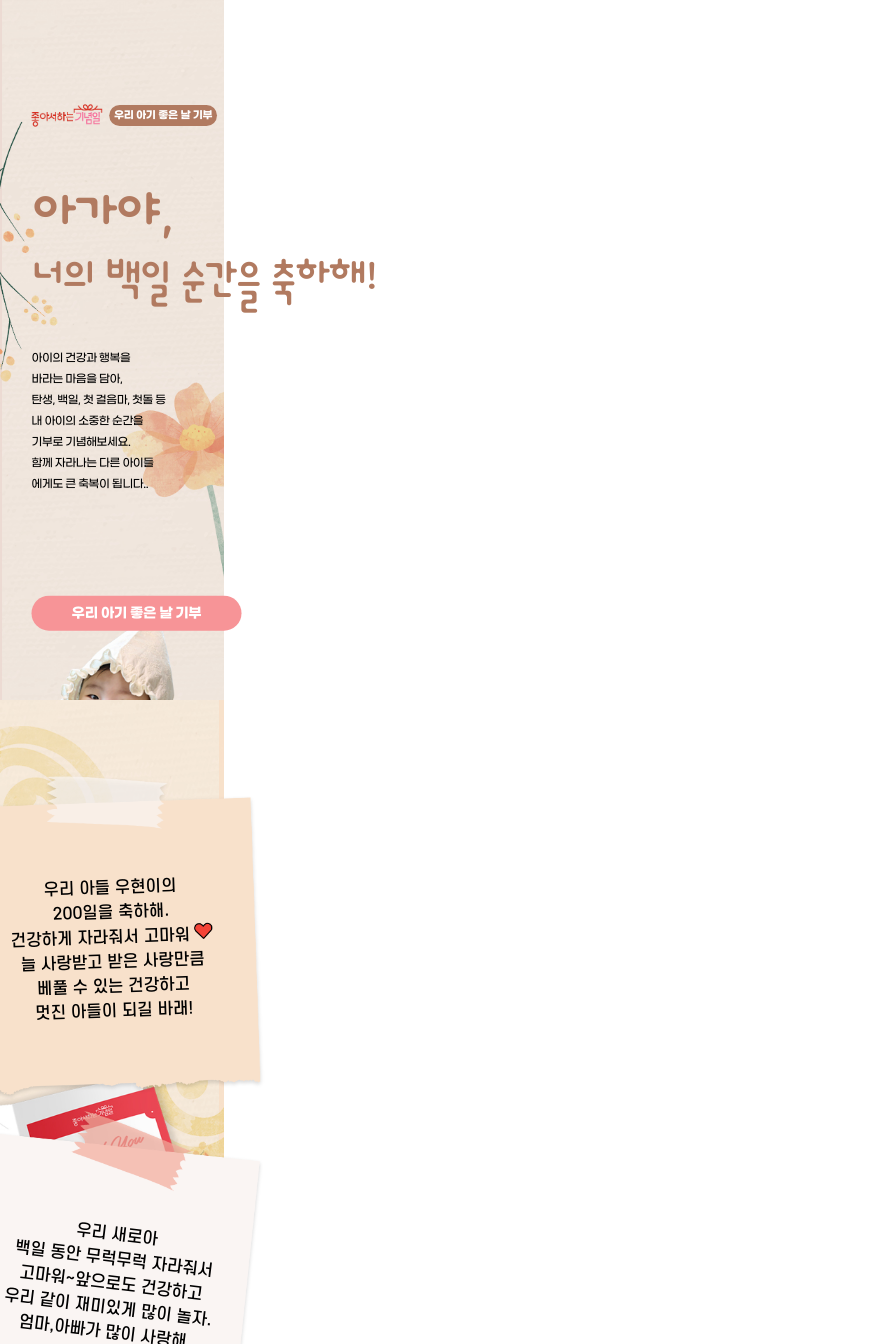
Repository: dlgywls1130/save_the_m320
Page: index.html
An editor plug-in stored every save of this project. The page is shown before and after the next save, followed by the edit.
The browser window is 1280 px wide. The pictures show the part of the page from y = 0 to 1920 px (the page is 10040 px tall), at 70% of full size.

Above is the page before, as saved 2023-12-20 23:41:23.

### index.html
<!DOCTYPE html>
<html lang="en">
<head>
    <meta charset="UTF-8">
    <meta name="viewport" content="width=device-width, initial-scale=1.0">
    <title>세이브더칠드런</title>

    <link rel="stylesheet" href="./css/reset.css">
    <link rel="stylesheet" href="./css/style.css">

</head>
<body>
    <div class="content_body">
        <section class="section_wrapper section01">
            <div class="se01 se_wrapper">
                <div class="se01_sub">
                    <div class="sub_logo">
                        <img src="./img/logo01.png" alt="logo">
                    </div>
                    <p>우리 아기 좋은 날 기부</p>
                </div>
                <p class="seo01_title">
                    아가야,
                </p>
                <p class="seo01_title_two">
                    너의 <span id="rollingText">탄생</span> 순간을 축하해!
                </p>
                <p class="section_descript mb-45">
                    아이의 건강과 행복을
                    <br>바라는 마음을 담아,
                    <br>탄생, 백일, 첫 걸음마, 첫돌 등
                    <br>내 아이의 소중한 순간을
                    <br>기부로 기념해보세요.
                    <br>함께 자라나는 다른 아이들
                    <br>에게도 큰 축복이 됩니다..
                </p>

                <a class="donation_link" href="javascript:void(0)">우리 아기 좋은 날 기부</a>
            </div>
        </section>
        <section class="section_wrapper section02">
            <div class="se02 se_wrapper">
                <div class="postit_wrapper">
                    <div class="postit postit01">
                        <p>우리 아들 우현이의<br>
                        200일을 축하해.<br>
                        <span>건강하게 자라줘서 고마워 <img src="./img/heart.png"></span>
                        늘 사랑받고 받은 사랑만큼<br>
                        베풀 수 있는 건강하고<br>
                        멋진 아들이 되길 바래!</p>
                    </div>
                    <div class="postit postit02">
                        <p>우리 새로아<Br>
                        백일 동안 무럭무럭 자라줘서<Br>
                        고마워~앞으로도 건강하고<Br>
                        우리 같이 재미있게 많이 놀자.<Br>
                        엄마,아빠가 많이 사랑해.</p>
                    </div>

                    <div class="postit postit05">
                        <p>사랑하는 도현이의<br>
                        첫 어린이날과 첫돌을<br>
                        기념하며, <br>
                        이웃을 사랑하는<br>
                        멋진 사람으로 자라길</p>

                    </div>
                    <div class="postit postit04">
                        <p>보미야<br>
                        첫 번째 생일 축하해<br>
                        너의 존재가 온 세상에<br>
                        봄이길 바랄게!   </p>
                    </div>

                    <div class="postit postit03">
                        <p>서진아<br>
                        우리에게 와줘서 고마워<br>
                        건강하고 행복하게 자라렴.<br>
                        사랑해♡      </p>
                    </div>

                </div>

            </div>
        </section>
        <section class="section_wrapper section03">
            <div class="se_wrapper se03">
                <div class="se_title_co">
                    아기의 좋은 날을<br> 기념해 주신 모든 분들께
                    <br>후원감사증서를 보내드립니다.
                </div>
                <div class="se_sub_co">
                    후원감사증서는<Br> 아기에게 남기고 싶은 메시지와 아기의 좋은 날이 담긴 사진을<br> 보관할 수 있도록
                    만들어드립니다.<br> 먼 훗날, 아기가 성장해 읽게 될 날을 그리며 편지를 써보세요.
                </div>
            </div>

        </section>
        <section class="section_wrapper section04">
            <div class="se_wrapper se04">
                <div class="se_title_co">
                    이름 자수 순면거즈블랭킷
                </div>
                <div class="se_sub_co">
                    30만원 이상 후원하신 분들께는 순면 거즈 아기 블랭킷(90*110)에
                    <Br>원하시는 이름(영문)을 예쁘게 수놓아 드립니다.
                </div>

                <div class="se04_slide mt-85">
                    <div class="se04_slide_list">
                        <img src="./img/slide03.jpg">
                    </div>
                    <div class="se04_slide_list">
                        <img src="./img/slide02.jpg">
                    </div>
                    <div class="se04_slide_list">
                        <img src="./img/slide01.jpg">
                    </div>
                </div>
            </div>
        </section>
        <section class="section_wrapper section05">
            <div class="se_wrapper se05">
                <div class="se_title_co">
                    후원신청 과정
                </div>


                <div class="se_sub_co">
                    30만원 이상 후원해 주신 경우,
                    <br>감사 선물 수령 주소 및 아기 블랭킷에 새겨질 문구 확인을 위한 문자가 발송됩니다.
                </div>

                <div class="se_step_list">
                    <div class="se_step">
                        <p class="step_number">1</p>
                        <div class="step_ico">
                            <img src="./img/icon01.png" alt="img">
                        </div>
                        <p class="step_descript">
                            후원신청하기
                        </p>
                    </div>
                    <div class="se_step">
                        <p class="step_number">2</p>
                        <div class="step_ico">
                            <img src="./img/icon02.png" alt="img">
                        </div>
                        <p class="step_descript">
                            후원감사증서
                            메시지 적기
                        </p>
                    </div>
                </div>
                <div class="se_step_list">
                    <div class="se_step">
                        <p class="step_number">3</p>
                        <div class="step_ico">
                            <img src="./img/icon03.png" alt="img">
                        </div>
                        <p class="step_descript">
                            신청완료
                        </p>
                    </div>
                    <div class="se_step">
                        <p class="step_number">4</p>
                        <div class="step_ico">
                            <img src="./img/icon04.png" alt="img">
                        </div>
                        <p class="step_descript">
                            후원감사증서 발송
                            (1주 이내)
                        </p>
                    </div>
                </div>


                <a class="donation_link" href="javascript:void(0)">우리 아기 좋은 날 기부</a>
            </div>

        </section>
        <section class="section_wrapper section06">
            <div class="se_wrapper se06">
                <div class="se_title_co">
                    후원금, 이렇게 쓰여요!
                </div>
                <div class="se_sub_co">
                    세이브더칠드런은 <Br><span>국내외 아동을 위한 교육,
                    <Br>보호, 보건영양지원,<Br> 아동권리옹호</span> 등의<Br> 활동을 해나가고 있습니다.
                </div>
                <div class="se_sub_co">
                    보내주신 후원금은<Br> 정치, 종교, 인종에 관계없이<Br> 모든 아이를 구해야 한다는
                    <Br>세이브더칠드런의 신념에 따라 <Br><span>가장 도움 필요한 아이를 위해 우선 사용</span>됩니다.
                </div>
            </div>

        </section>
        <section class="section_wrapper section07">
            <div class="se_wrapper se07">
                <div class="se_title_co">
                    FAQ
                </div>
                <div class="accordion">
                    <div class="accordion-item">
                        <h3 class="title">
                            <span>1. 30만원 이상 후원했습니다. <br>거즈 순면 블랭킷은 언제 오나요?</span>
                            <img src="./img/top.png">
                        </h3>
                        <p class="paragraph">
                            우리아기 축하기부로 30만원 이상 후원자님들께는 담요에 수놓을 아기 이름과
                            선물 수령 주소 확인을 위한 문자가 발송됩니다.
                            02-6900-4479로 발송되는 문자 속 설문조사에 답해주세요.
                            확인을 완료하신 분들께는 블랭킷 제작을 담당하고 있는 조니 스튜디오에서
                            아기 이름 자수 작업 완료 후 배송해 드립니다.

                        </p>
                    </div>
                    <div class="accordion-item">
                        <h3 class="title">
                            <span>2. 거즈 순면 블랭킷, 안전한 제품인가요?</span>
                            <img src="./img/top.png">
                        </h3>
                        <p class="paragraph">
                            본 블랭킷은 워싱된 3중 거즈로 제작되었으며, KC안전검사를 완료하였습니다.
                            소재 특성상 섬유 조각이 발생할 수 있어 망에 넣지 않고 3번 정도 물빨래 하시는 것을 권장합니다.

                        </p>
                    </div>
                    <div class="accordion-item">
                        <h3 class="title">
                            <span>3. 거즈 순면 블랭킷을 받았는 데 하자가 있어요. <Br>어떻게 해야 하나요? </span>
                            <img src="./img/top.png">
                        </h3>
                        <p class="paragraph">
                            070-4220-4123 (조니스튜디오 CS)로 전화 연락 부탁드립니다. 하자 물품에 대한 교환은 수령일로부터 7일 이내에 조니스튜디오에 연락해주셔야 하며, 이로 인한 후원금 환불은 어렵습니다.
                        </p>
                    </div>
                    <div class="accordion-item">
                        <h3 class="title">
                            <span>4. 후원감사증서에 넣을 수 있는 사진 사이즈는 <Br>얼마인가요?</span>
                            <img src="./img/top.png">
                        </h3>
                        <p class="paragraph">
                            사진 인화 사이즈 5*7 인치에 맞추어서 제작되었습니다.  그보다 작은 사진일 경우, 후원감사증서
                            내부의 주머니에 넣어 보관하실 수도  있습니다.

                        </p>
                    </div>
                </div>
            </div>

        </section>
        <section class="section_wrapper section08">
            <div class="se_wrapper se08">
                <div class="se08_postion">
                    <p class="se08_title">우리 아기 좋은 날 기부</p>
                    <p class="se08_descript">
                        탄생, 백일, 첫 걸음마, 첫돌...
                        <br>소중한 우리 아기의 성장을 기념해 보세요!
                        <br>아기의 좋은 날이 모여 세상의 행복이 됩니다.
                    </p>
                    <a href="javascript:void(0)" class="more_btn">
                        <p>자세히보기</p>
                        <svg xmlns="http://www.w3.org/2000/svg" width="16" height="16" fill="currentColor" class="bi bi-chevron-right" viewBox="0 0 16 16">
                            <path fill-rule="evenodd" d="M4.646 1.646a.5.5 0 0 1 .708 0l6 6a.5.5 0 0 1 0 .708l-6 6a.5.5 0 0 1-.708-.708L10.293 8 4.646 2.354a.5.5 0 0 1 0-.708z"/>
                        </svg>
                    </a>
                </div>

            </div>
        </section>
    </div>

    <script src="https://ajax.googleapis.com/ajax/libs/jquery/1.12.4/jquery.min.js"></script>
    <script src="./js/main.js"></script>
</body>
</html>

### css/reset.css


html, body, div, span, applet, object, iframe,
h1, h2, h3, h4, h5, h6, p, blockquote, pre,
a, abbr, acronym, address, big, cite, code,
del, dfn, em, img, ins, kbd, q, s, samp,
small, strike, strong, sub, sup, tt, var,
b, u, i, center,
dl, dt, dd, ol, ul, li,
fieldset, form, label, legend,
table, caption, tbody, tfoot, thead, tr, th, td,
article, aside, canvas, details, embed,
figure, figcaption, footer, header, hgroup,
menu, nav, output, ruby, section, summary,
time, mark, audio, video {
	margin: 0;
	padding: 0;
	border: 0;
	font-size: 100%;
	font: inherit;
	vertical-align: baseline;
}

article, aside, details, figcaption, figure,
footer, header, hgroup, menu, nav, section {
	display: block;
}
body {
	line-height: 1;
}
ol, ul {
	list-style: none;
}
blockquote, q {
	quotes: none;
}
blockquote:before, blockquote:after,
q:before, q:after {
	content: '';
	content: none;
}
table {
	border-collapse: collapse;
	border-spacing: 0;
}

### css/style.css

/* root */
:root{
    --main-color:#B17A60;
    --pink-color:#F79497;
}


/* font */

/* dongle */
@font-face {
    font-family: 'Dongle';
    font-weight: 300;
    src: url('../font/Dongle-Light.ttf') format('ttf'),
    url('../font/Dongle-Light.woff') format('woff');
}

@font-face {
    font-family: 'Dongle';
    font-weight: 500;
    src: url('../font/Dongle-Regular.ttf') format('ttf'),
    url('../font/Dongle-Regular.woff') format('woff');
}

@font-face {
    font-family: 'Dongle';
    font-weight: 700;
    src: url('../font/Dongle-Bold.ttf') format('ttf'),
    url('../font/Dongle-Bold.woff') format('woff');
}


/* Gmarket */
@font-face {
    font-family: 'GmarketSans';
    font-weight: 300;
    src: url('../font/GmarketSansLight.ttf') format('ttf'),
    url('../font/GmarketSansLight.woff') format('woff');
}

@font-face {
    font-family: 'GmarketSans';
    font-weight: 500;
    src: url('../font/GmarketSansMedium.ttf') format('ttf'),
    url('../font/GmarketSansMedium.woff') format('woff');
}

@font-face {
    font-family: 'GmarketSans';
    font-weight: 700;
    src: url('../font/GmarketSansBold.ttf') format('ttf'),
    url('../font/GmarketSansBold.woff') format('woff');
}


/* nanumsqure */

@font-face {
    font-family: 'NanumSquare';
    font-weight: 400;
    src: url('../font/NanumSquareL.ttf') format('ttf'),
    url('../font/NanumSquareL.woff') format('woff');
}

@font-face {
    font-family: 'NanumSquare';
    font-weight: 500;
    src: url('../font/NanumSquareR.ttf') format('ttf'),
    url('../font/NanumSquareR.woff') format('woff');
}

@font-face {
    font-family: 'NanumSquare';
    font-weight: 600;
    src: url('../font/NanumSquareB.ttf') format('ttf'),
    url('../font/NanumSquareB.woff') format('woff');
}

@font-face {
    font-family: 'NanumSquare';
    font-weight: 700;
    src: url('../font/NanumSquareEB.ttf') format('ttf'),
    url('../font/NanumSquareEB.woff') format('woff');
}



/* scdream5 */
@font-face {
    font-family: 'SCDream5';
    src: url('../font/SCDream5.woff') format('woff'),
    url('../font/SCDream5.ttf') format('ttf'),
    url('../font/SCDream5.otf') format('otf');
}


.section_wrapper{
    max-width:320px;
    width: 100%;

}

.se_wrapper{
    max-width: 320px;
    width: 100%;
    position: relative;
    box-sizing: border-box;
}


/* section01 */


.section01{
    background: url('../img/back01.jpg') no-repeat;
    height: 1000px;

}

.se01{
    padding: 145px 10px 92px 45px;
    box-sizing: border-box;
}
.se01_sub{
    display: flex;
    align-items: center;
    margin-bottom: 70px;
}

.sub_logo{
    width: 125px;
    height: 40px;
    margin-right: 10px;
}

.sub_logo img{
    width: 100%;
    height: 100%;
    object-fit: contain;
}

.se01_sub p{
    width: 190px;
    height: 30px;
    background: #B17A60;
    border-radius: 15px;
    display: flex;
    align-items: center;
    justify-content: center;
    letter-spacing: -0.03em;
    font-size: 15px;
    font-weight: 700;
    font-family: 'GmarketSans',sans-serif;
    color: #fff;
}

.seo01_title{
    font-family: 'Dongle',sans-serif;
    font-weight: 500;
    font-size: 120px;
    color: var(--main-color);
    letter-spacing: -0.03em;
}

.seo01_title_two{
    font-family: 'Dongle',sans-serif;
    font-weight: 500;
    font-size: 90px;
    color: var(--main-color);
    letter-spacing: -0.03em;
    margin-top: -7%;
    margin-bottom: 50px;
    display: flex;
    align-items: center;
    white-space: nowrap;
}

.seo01_title_two span{
    margin: 0 1rem;
}
.section_descript{
    font-size: 20x;
    line-height: 30px;
    font-family: 'GmarketSans';
    font-weight: 500;
    letter-spacing: -0.03em;
    color: #000;
}

.donation_link{
    width: 300px;
    height: 50px;
    border-radius: 100px;
    display: flex;
    align-items: center;
    justify-content: center;
    background: var(--pink-color);
    color: #fff;
    font-family: 'GmarketSans';
    font-size: 20px;
    font-weight: 700;
    letter-spacing: -0.03em;
    text-decoration: none;
    margin: 145px auto 0;
}


@keyframes roll {
    from {
        transform: translateY(40%);
        opacity: 0;
    }
    to {
        transform: translateY(0);
        opacity: 1;
    }
  }


  #rollingText.animate-text {
    animation: roll 0.5s ease-in-out;
}

/* section02 */

.section02{
    height: 2800px;
    background: url('../img/back02.jpg') no-repeat;
}

.se02{
    box-sizing: border-box;
    height: 100%;
}
.postit_wrapper{
    width: 100%;
    padding: 76px 60px 96px;
    position: relative;
    display: flex;
    flex-direction: column;
    align-items: center;
    box-sizing: border-box;
}

.ex_text{
    font-family: 'GmarketSans';
    font-size: 20px;
    font-weight: 500;
    letter-spacing: -0.03em;
}


.postit p img{
    width: 26px;
    height: 26px;
    object-fit: contain;
}
.postit p{
    font-family: 'SCDream5';
    font-size: 23px;
    line-height: 35px;
    text-align: center;
    display: flex;
    justify-content: center;
    align-items: center;
    flex-direction: column;
    height: 100%;
}

.postit01{
    background:url('../img/post04.png') no-repeat;
    width: 520px;
    height: 520px;
    background-size: contain;
    box-sizing: border-box;
}

.postit01 p{
    transform: rotate(358deg);
    padding-top: 20px;
}

.postit02{
    background: url('../img/post05.png') no-repeat;
    width: 510px;
    height: 510px;
    background-size: contain;
    box-sizing: border-box;
    margin-top: -19%;
}

.postit02 p{
    transform: rotate(7deg);
    padding-top: 20px;
}

.postit03{
    background:url('../img/post02.png') no-repeat;
    width: 459px;
    height: 459px;
    background-size: contain;
    box-sizing: border-box;
    margin-top: -25%;
    transform: rotate(-14deg);
}

.postit03 p{
    transform: rotate(-7deg);
    padding-top: 20px;
}

.postit04{
    background: url(../img/post03.png) no-repeat;
    width: 440px;
    height: 440px;
    background-size: cover;
    box-sizing: border-box;
    margin-top: -24%;
    transform: rotate(14deg);
}

.postit04 p{
    transform: rotate(7deg);
}

.postit05{
    background:url('../img/post01.png') no-repeat;
    width: 460px;
    height: 460px;
    background-size: contain;
    box-sizing: border-box;
    margin-top: -22%;
}

.postit05 p{
    transform: rotate(-9deg);
    padding-top: 20px;
}

/* section03 */

.section03{
    height: 1200px;
    background: url('../img/back03.jpg') no-repeat;
}

.se03{
    padding: 200px 60px 96px;
    box-sizing: border-box;
    height: 100%;
}


.se_title_co{
    font-size: 80px;
    line-height: 80px;
    letter-spacing: -0.03em;
    font-family: 'Dongle';
    font-weight: 500;
    color: var(--main-color);
    text-align: center;
}

.se_sub_co{
    font-size: 20px;
    letter-spacing: -0.03em;
    line-height: 30px;
    font-family: 'GmarketSans';
    font-weight: 500;
    text-align: center;
    margin-top: 30px;
}

/* section04 */

.section04{
    height: 1740px;
    background: url('../img/back04.jpg') no-repeat;
}

.se04{
    padding: 80px 0 130px;
    box-sizing: border-box;
    height: 100%;
}

.se04_slide{
    margin: 60px auto 0;
    padding: 0 60px;
}


.se04_slide_list{
    width: 520px;
    height: 440px;
    border-radius: 9px;
    margin-bottom: 25px;
}

.se04_slide_list img{
    width:100%;
height: 100%;
object-fit: cover;
border-radius: 15px;
}
/* section05 */
.section05{
    height: 1000px;
    background: url('../img/back05.jpg') no-repeat;
}

.se05{
    padding: 80px 60px 140px;
    box-sizing: border-box;
    height: 100%;
}

.se_step_list{
    display: flex;
    align-content: center;
    margin-top: 20px;
    position: relative;
    flex-wrap: wrap;
    justify-content: space-between;
}


.se_step_list .se_step{
    position: relative;
    display: flex;
    flex-direction: column;
    align-items: center;
}

.step_number{
    font-size: 25px;
    letter-spacing: -0.03em;
    line-height: 35px;
    font-weight: 700;
    font-family: 'GmarketSans';
    position: absolute;
    left: 19%;
    top: 0;
    color: var(--main-color);
    z-index: 2;
}

.se_step_list .se_step .step_ico{
    width: 200px;
    height: 200px;
    border-radius: 50%;
    background-color: #fff;
    display: flex;
    align-items: center;
    justify-content: center;
    position: relative;
    z-index: 1;
}

.se_step_list .se_step .step_ico img {
    width: 138px;
    height: 138px;
    object-fit: contain;
    object-position: 73%;
}

.step_descript{
    font-size: 20px;
    letter-spacing: -0.03em;
    line-height: 23px;
    font-weight: 500;
    font-family: 'GmarketSans';
    text-align: center;
    margin-top: 20px;
    color: var(--main-color);
}


.section05 .donation_link{
    margin: 70px auto 0;
}


/* section06 */
.section06{
    height:800px;
    background: url('../img/back06.jpg') no-repeat;
}

.se06{
    padding: 155px 0;
    height: 100%;
    box-sizing: border-box;
}


.se_sub_co span{
    font-weight: 700;
}
/* section07 */

.section07{
    height:1000px;
    background: url('../img/back07.jpg') no-repeat;
}

.se07{
    padding: 100px 0;
    height: 100%;
    box-sizing: border-box;
}


.accordion{
    margin-top: 38px;
}
.accordion-item {
    padding:15px 30px;
    margin: 0;
    overflow: hidden;
}

.accordion-item .title {
    display: flex;
    justify-content: space-between;
    align-items: center;
    font-weight: 700;
    font-size: 20px;
    line-height: 30px;
    letter-spacing: -0.03em;
    cursor: pointer;
    width: 100%;
    height: 100px;
    border-radius: 50px;
    background-color: #fff;
    color: var(--main-color);
    padding: 0 50px;
    font-family: 'GmarketSans';
    box-sizing: border-box;
    text-indent: -10px;
}

.accordion-item .title img {
    font-size: 0.9rem;
    color: #454545;
    transform: rotate(0);
    transition: transform 0.15s ease;
}

.accordion-item .paragraph {
    font-weight: 500;
    font-size: 20px;
    letter-spacing: -0.03em;
    color: #000;
    display: none;
    padding: 30px 35px 15px;
    list-style: inside;
    line-height: 30px;
    font-family: 'GmarketSans';
}

.accordion-item .paragraph .indent{
    text-indent: 1rem;
}


.accordion-item .paragraph span{
    font-weight: bold;
}

.accordion-item.active .title img{
    transform: rotate(180deg);
}

.accordion-item.active .paragraph {
    display: block;
}


/* section08 */

.section08{
    height:500px;
    background: url('../img/banner.jpg') no-repeat;
}
.se08{
    position: relative;
    height: 100%;
}

.se08_postion{
    display: flex;
    align-items: center;
    justify-content: center;
    flex-direction: column;
    height: 100%;
}

.se08_title{
    font-family: 'NanumSquare';
    font-weight: 600;
    font-size: 30px;
    letter-spacing: -0.05em;
    line-height: 50px;
    position: relative;
    text-align: center;
    margin-bottom: 30px;
}



.se08_descript{
    font-family: 'NanumSquare';
    font-weight: 500;
    font-size: 20px;
    line-height: 30px;
    letter-spacing: -0.05em;
    text-align: center;
}

.more_btn{
    margin-top: 38px;
    width: 150px;
    height: 40px;
    background: #543F2C;
    display: flex;
    align-items: center;
    justify-content: center;
    text-decoration: none;
}

.more_btn p{
    font-family: 'NanumSquare';
    font-weight: 500;
    font-size: 18px;
    color: #fff;

}

.more_btn svg{
    fill: #fff;
}

Loaded but not shown: js/main.js (46 lines, source omitted)

After the next save:
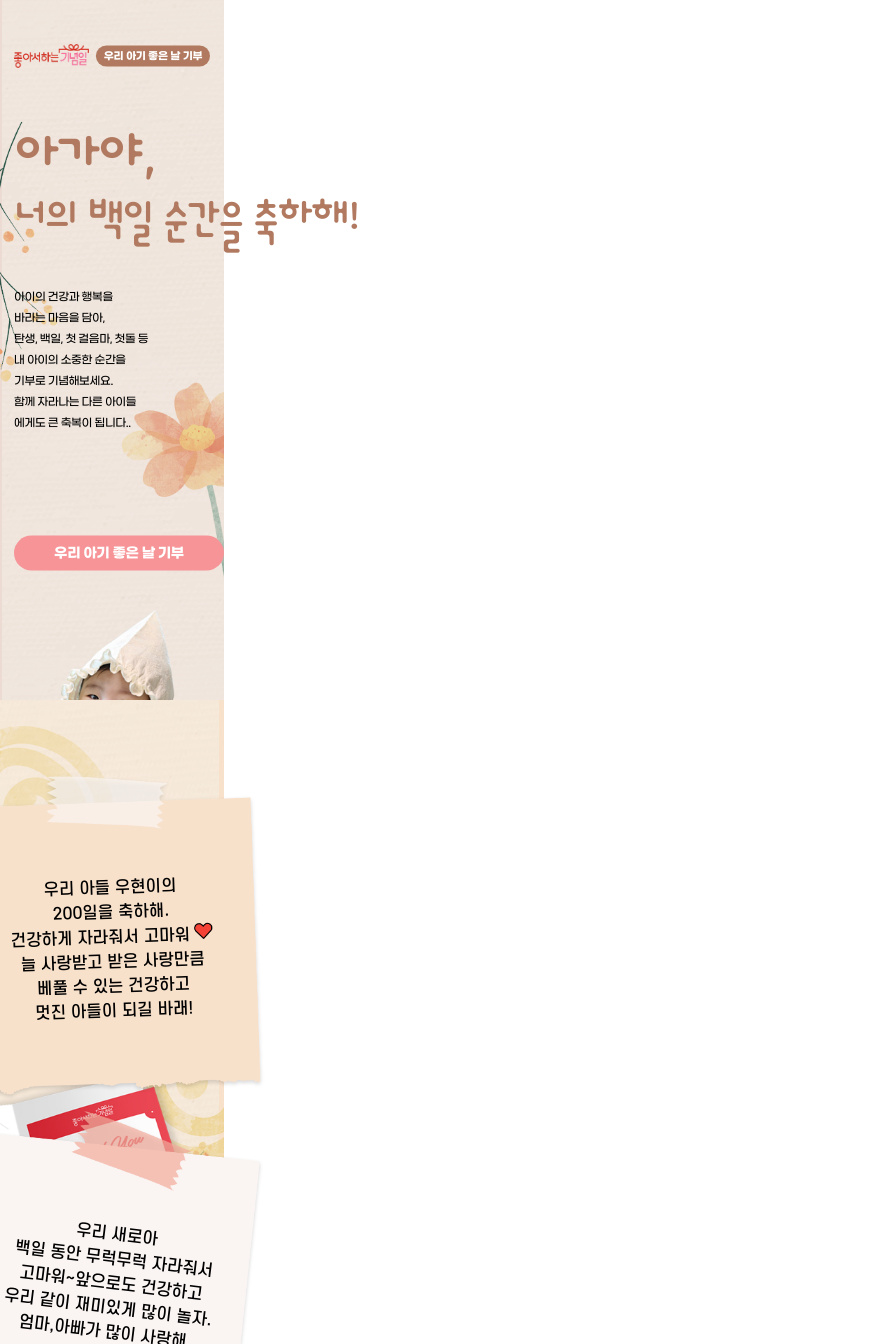
Saved 60 min 37 s later.
--- a/css/style.css
+++ b/css/style.css
@@ -119,7 +119,7 @@
 }
 
 .se01{
-    padding: 145px 10px 92px 45px;
+    padding: 60px 20px;
     box-sizing: border-box;
 }
 .se01_sub{
